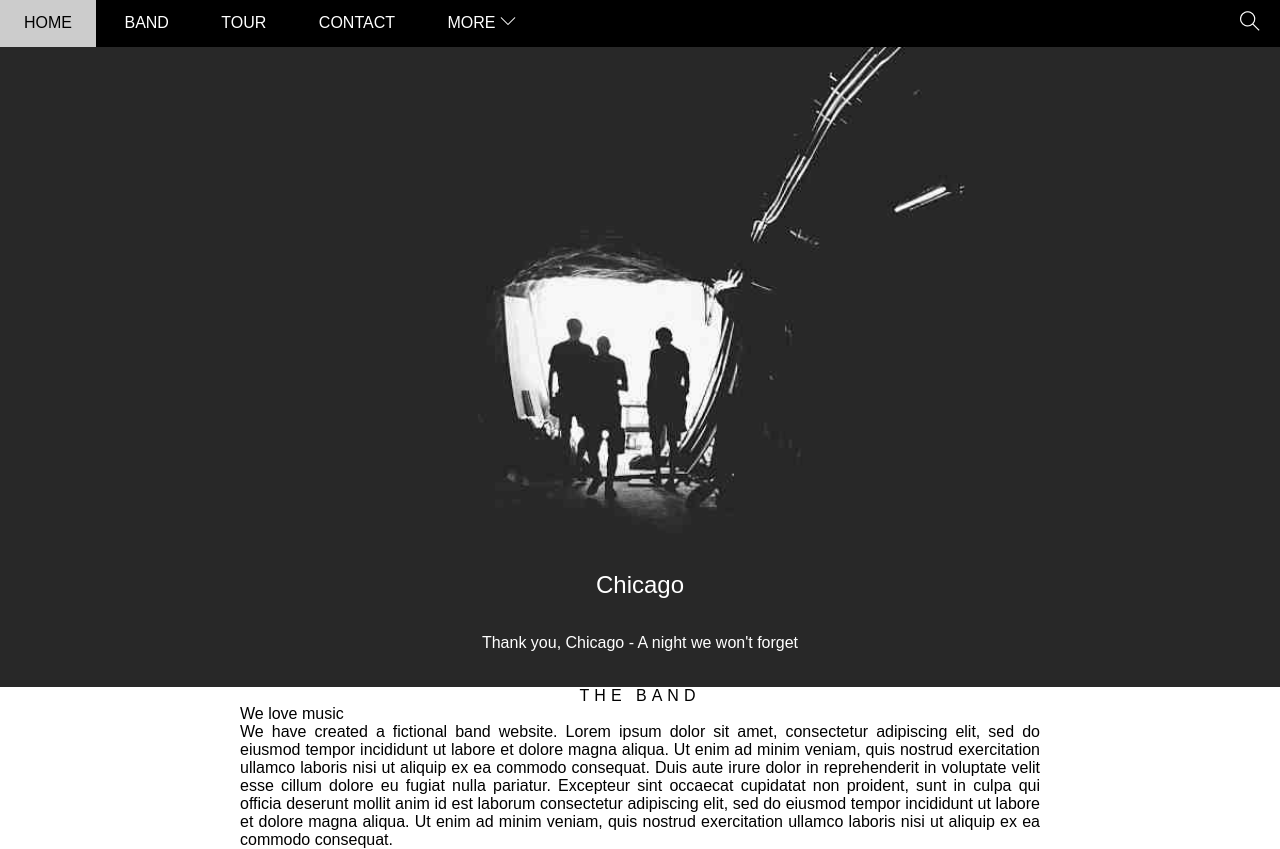
Repository: thanhsonnguyen-gif/f8-learn
Page: projectDemoTheBand/index.html
The author's editor kept a copy of each file at every save. The page is drawn from the files as they stood at one save, then again after the next save.
The browser window is 1280 px wide. The pictures show the whole page.

Above is the page before, as saved 2022-06-24 17:45:20.

After the next save:
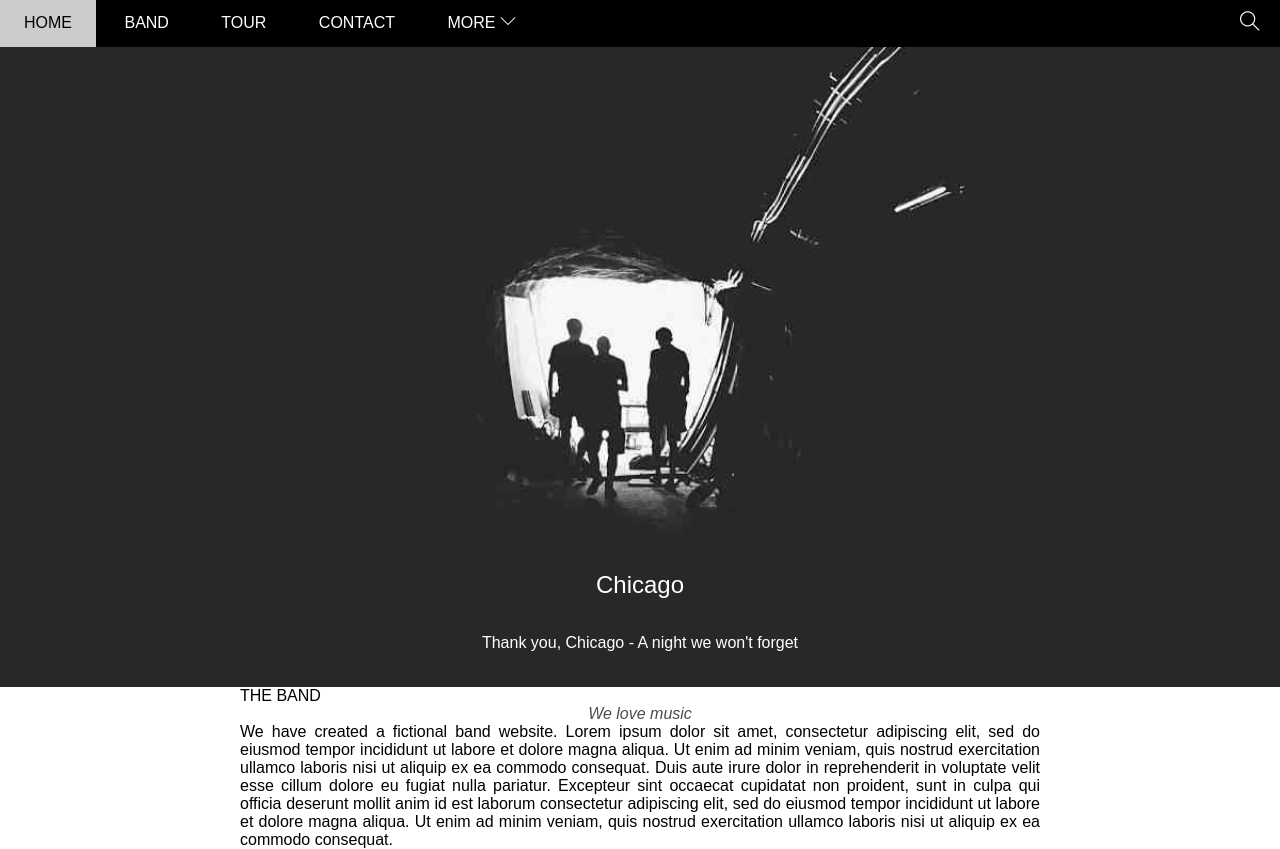
Saved 68 s later.
--- a/projectDemoTheBand/assets/css/style.css
+++ b/projectDemoTheBand/assets/css/style.css
@@ -122,12 +122,12 @@ width: 800px;
 margin: 0  auto;
 }
 
-.healding{
+.heading{
 text-align: center;
 letter-spacing: 5px;
 }
 
-.sub-healding{
+.sub-heading{
 text-align: center;
 font-style: italic;
 opacity: 0.7;
